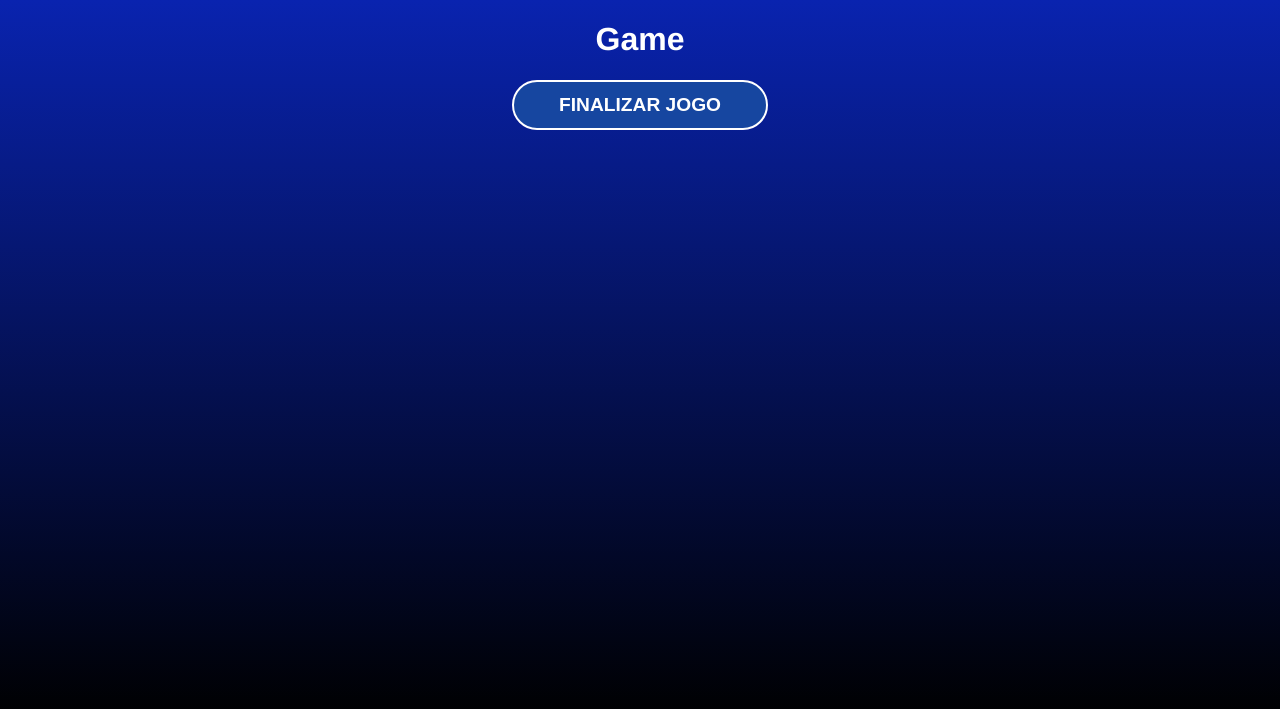
Repository: willamesalmeida/SecretWord
Page: /, after clicking the first element matching `button`
The author's editor kept a copy of each file at every save. The page is drawn from the files as they stood at one save, then again after the next save.
The browser window is 1280 px wide. The pictures show the whole page.
The project was rebuilt for these pictures with package versions that can differ from the ones it lists, and the page was loaded fresh each time. Also part of the build but not shown: src/Global.css, src/components/StartScreen.css, src/components/Game.css, src/components/GameOver.js.

Above is the page before, as saved 2022-10-03 16:45:50.

After the next save:
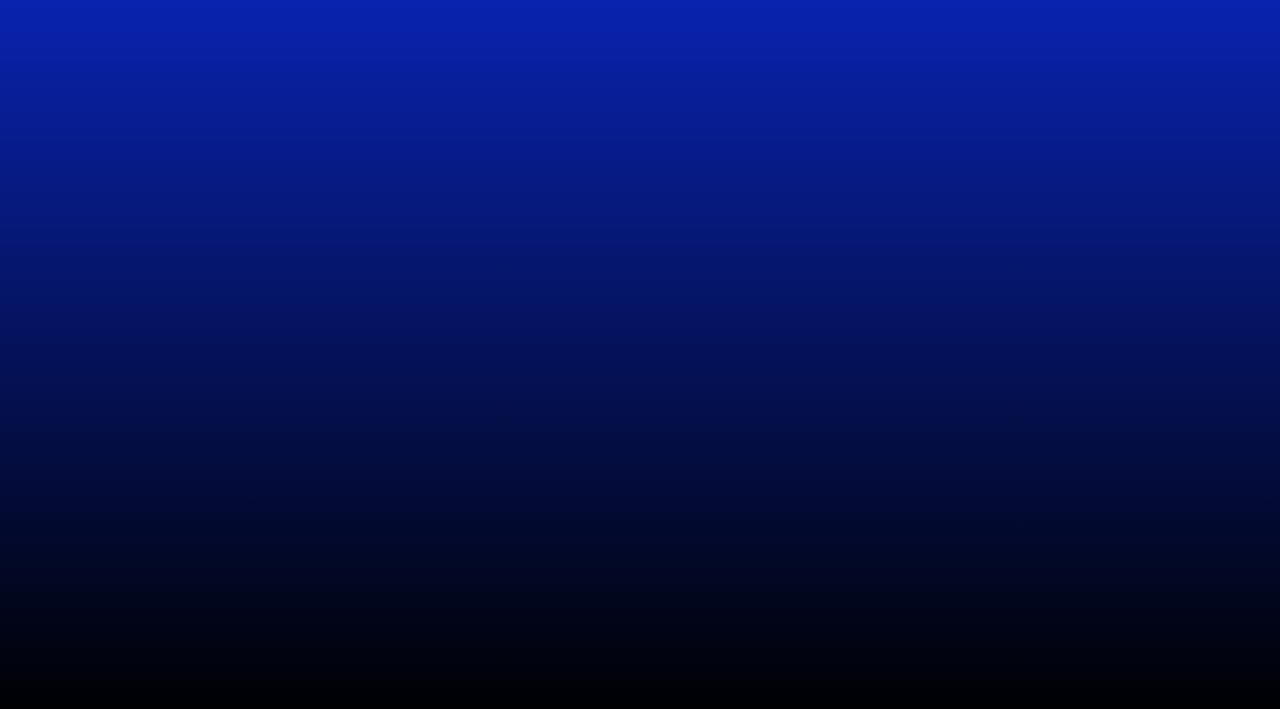
Saved 2 min 16 s later.
--- a/src/components/Game.js
+++ b/src/components/Game.js
@@ -2,10 +2,7 @@ import "./Game.css";
 
 const Game = ({verifyLetter}) => {
   return (
-    <div>
-      <h1>Game</h1>
-      <button onClick={verifyLetter}>Finalizar jogo</button>
-    </div>
+<div className="game"></div>
   );
 };
 
